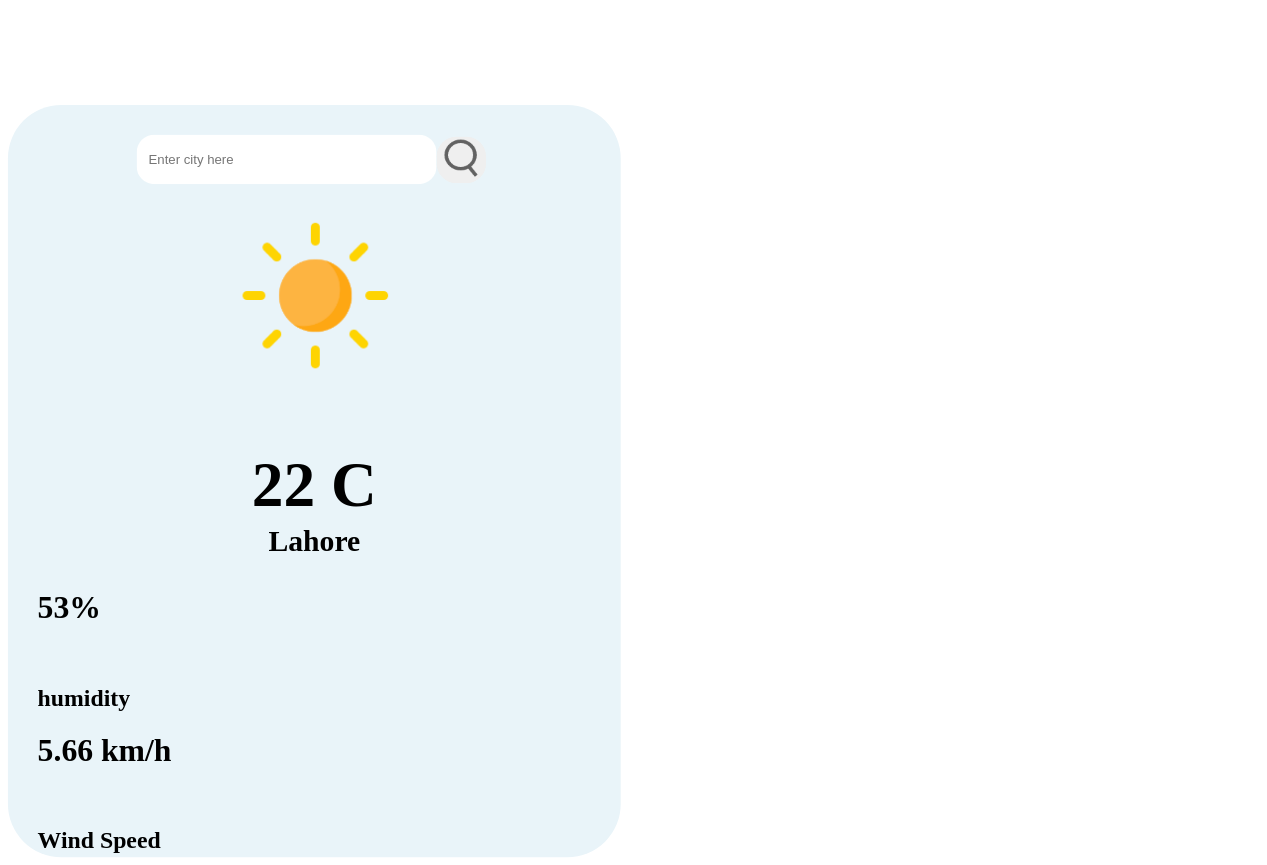
Repository: WajihaGul/Javascripts-Projects
Page: WEATHER APP/index.html
An editor plug-in stored every save of this project. The page is shown before and after the next save, followed by the edit.
The browser window is 1280 px wide. The pictures show the whole page, at 99% of full size.

Above is the page before, as saved 2024-06-07 16:02:03.
Not found: WEATHER APP/script.js

After the next save:
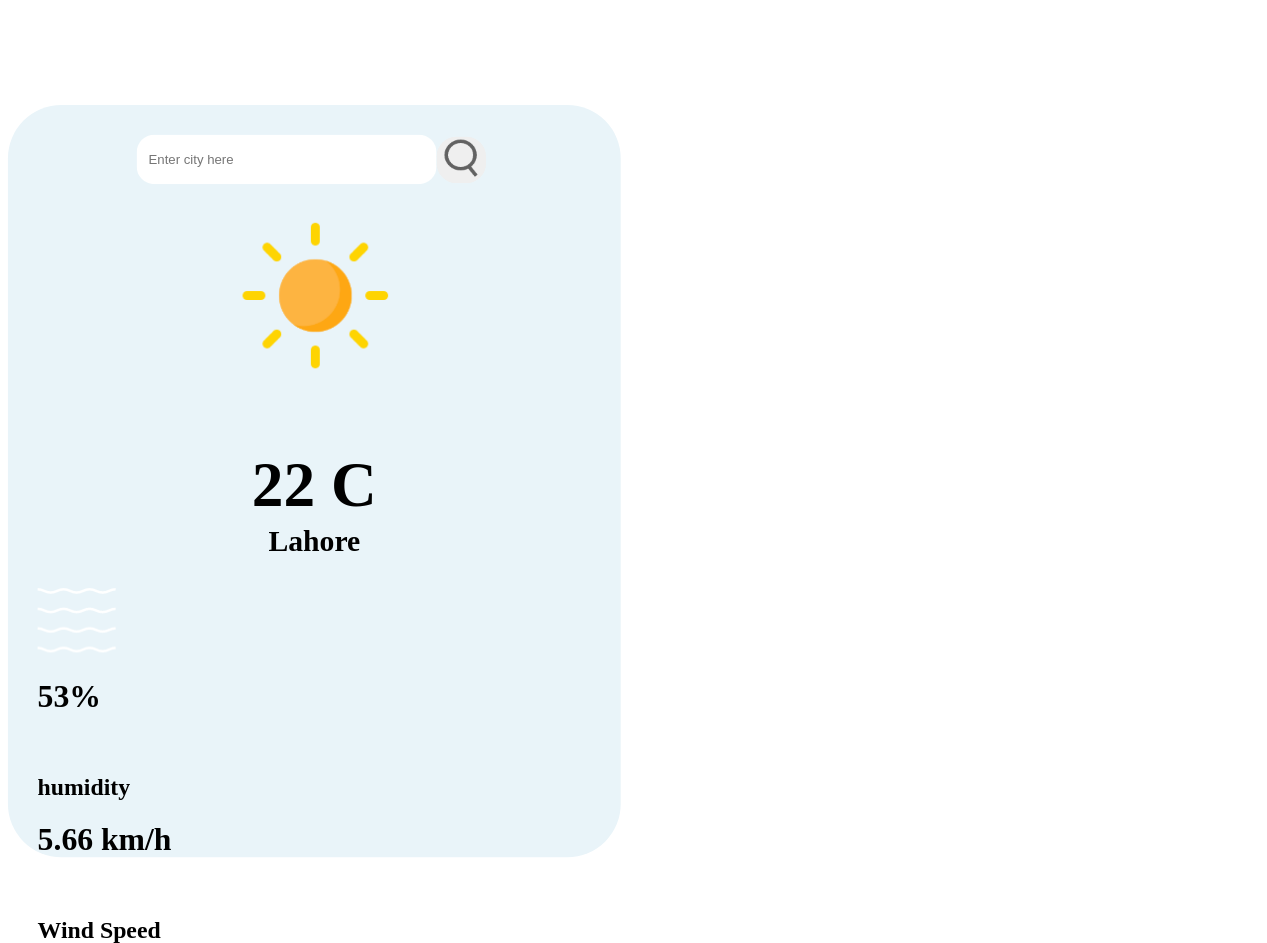
Saved 70 s later.
--- a/WEATHER APP/index.html
+++ b/WEATHER APP/index.html
@@ -27,6 +27,7 @@
                 </div>
                 <div class="humidityAndWindSpeed">
                 <div class="humidity">
+                    <img src="./images/humidity.png" alt="">
                     <h1>53%</h1>
                     <br>
                     <h2>humidity</h2>
